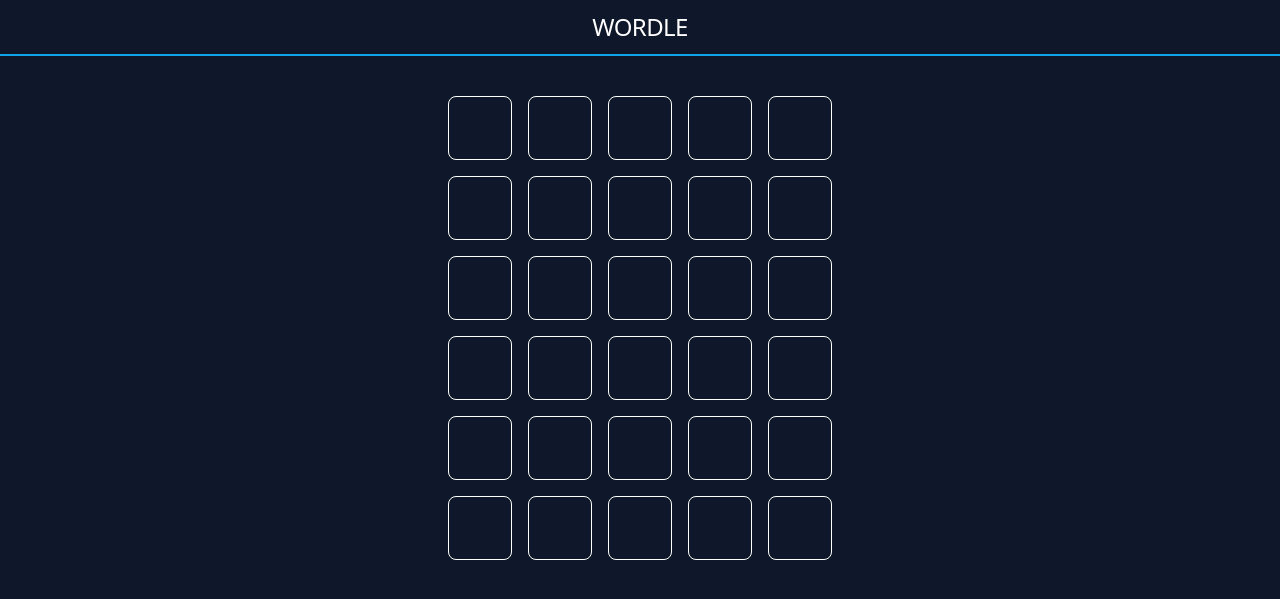
Repository: hjubsoni/basic-wordle-game
Page: / (app in client/)
The author's editor kept a copy of each file at every save. The page is drawn from the files as they stood at one save, then again after the next save.
The browser window is 1280 px wide. The pictures show the whole page.
The page's requests for data from a server got no answer. The project was rebuilt for these pictures with package versions that can differ from the ones it lists, and the page was loaded fresh each time. No one was signed in, and anything a server would have sent is missing. Also part of the build but not shown: client/vite.config.ts.

Above is the page before, as saved 2023-01-26 19:03:00.

### client/src/main.tsx
import React from 'react';
import ReactDOM from 'react-dom/client';
import App from './App';
import './index.css';

ReactDOM.createRoot(
  document.getElementById('root') as HTMLElement
).render(
  <React.StrictMode>
    <App />
  </React.StrictMode>
);

### client/src/App.tsx
import React from 'react';
import Header from './components/Header';
import Game from './components/Game';

function App() {
  return (
    <div className="h-full">
      <Header />
      <Game />
    </div>
  );
}

export default App;

### client/src/index.css
@tailwind base;
@tailwind components;
@tailwind utilities;

@layer base {
  html,
  body,
  #root {
    @apply h-full bg-slate-900;
  }
}

### client/src/components/Header/Header.tsx
import React from 'react';

function Header() {
  return (
    <header className="flex h-14 items-center justify-center  border-b-2 border-sky-500 ">
      <h2 className="uppercase text-white text-2xl tracking-tight">
        Wordle
      </h2>
    </header>
  );
}

export default Header;

### client/src/components/Game/Game.tsx
import React from 'react';
import { range } from '../../utils/range';

function Game() {
  const [correctWord, setCorrectWord] = React.useState('');

  const generateCorrectWord = async () => {
    const response = await fetch('http://localhost:5000/api');
    const words = await response.json();
    setCorrectWord(words[Math.floor(Math.random() * words.length)]);
  };
  React.useEffect(() => {
    generateCorrectWord();
  }, []);
  console.log(correctWord);
  return (
    <main className="flex items-center justify-center ">
      <div className="flex gap-4 flex-col max-w-sm w-full rouded-lg mt-10">
        {range(6).map((rowIdx) => (
          <div key={rowIdx} className=" flex gap-4">
            {range(5).map((cellIdx) => (
              <div
                key={cellIdx}
                className="border border-white flex-1 aspect-square rounded-lg"
              ></div>
            ))}
          </div>
        ))}
      </div>
    </main>
  );
}

export default Game;

### client/src/utils/range.tsx
export const range = (start: number, end?: number, step = 1) => {
  let output = [];
  if (typeof end === 'undefined') {
    end = start;
    start = 0;
  }
  for (let i = start; i < end; i += step) {
    output.push(i);
  }
  return output;
};

Loaded but not shown: client/index.html (common file); client/src/components/Header/index.tsx (common file); client/src/components/Game/index.tsx (common file); client/tailwind.config.cjs (common file)

After the next save:
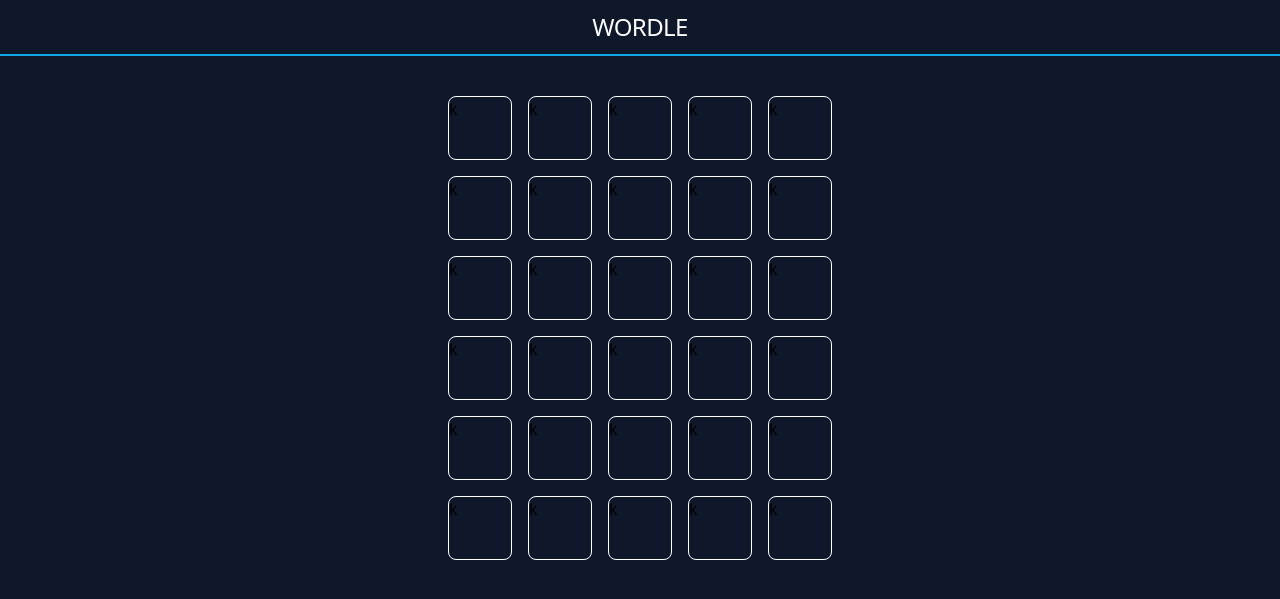
Saved 7 min 5 s later.
--- a/client/src/components/Game/Game.tsx
+++ b/client/src/components/Game/Game.tsx
@@ -3,6 +3,9 @@
 
 function Game() {
   const [correctWord, setCorrectWord] = React.useState('');
+  const [guessedWords, setGuessedWords] = React.useState<string[]>(
+    []
+  );
 
   const generateCorrectWord = async () => {
     const response = await fetch('http://localhost:5000/api');
@@ -22,7 +25,9 @@
               <div
                 key={cellIdx}
                 className="border border-white flex-1 aspect-square rounded-lg"
-              ></div>
+              >
+                k
+              </div>
             ))}
           </div>
         ))}
